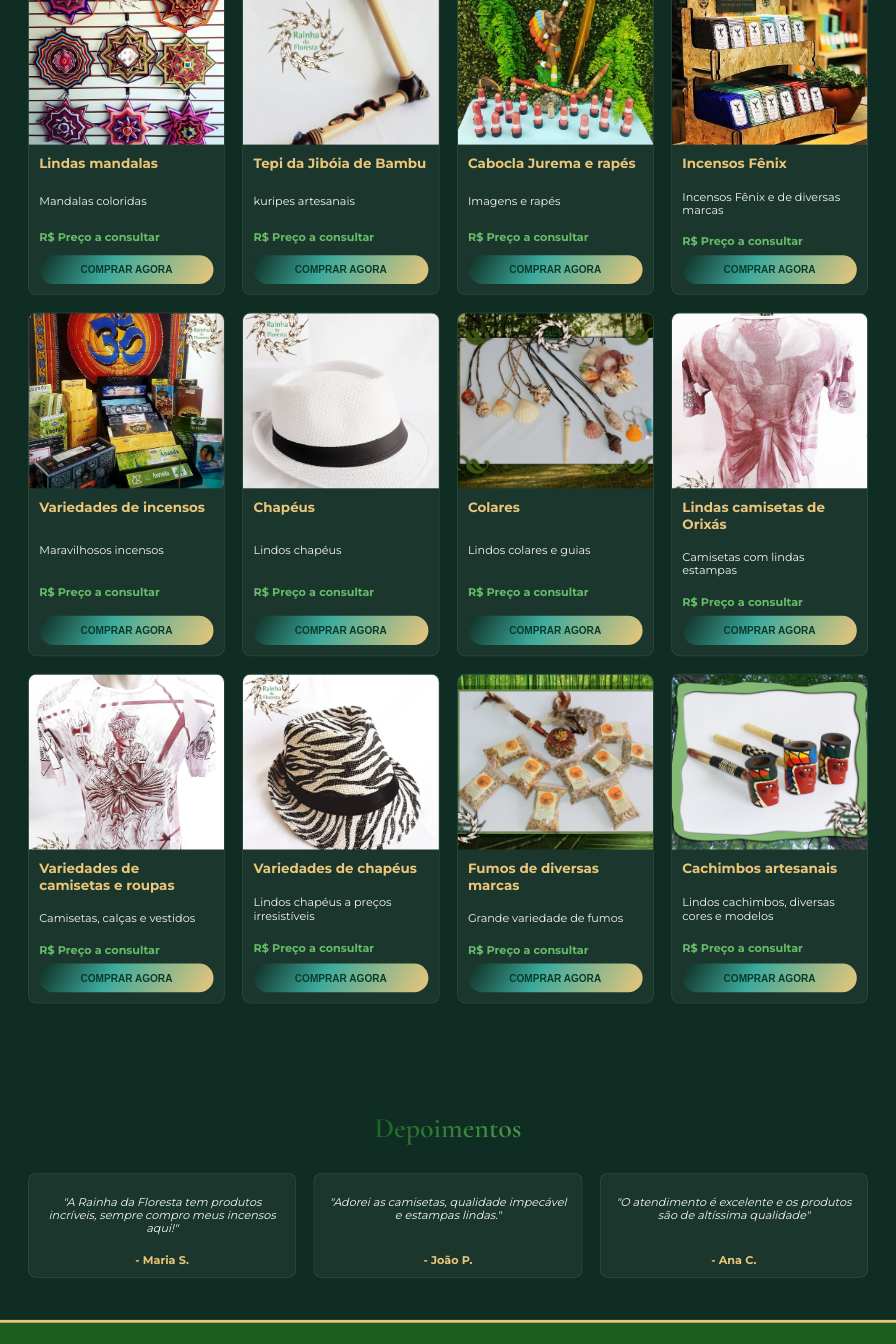
Repository: Sandro1969-tech/rainha-floresta-aho
Page: index3.html
An editor plug-in stored every save of this project. The page is shown before and after a run of saves, followed by the edit.
The browser window is 1280 px wide. The pictures show the part of the page from y = 2541 to 4461 px (the page is 4843 px tall before and 4848 px after), at 70% of full size.
A picture or video elsewhere on the page could not be fetched, so the positions and the page height are approximate. Backgrounds fixed to the window are drawn as part of the page.

Above is the page before, as saved 2025-12-01 00:35:54.

After the next 2 saves:
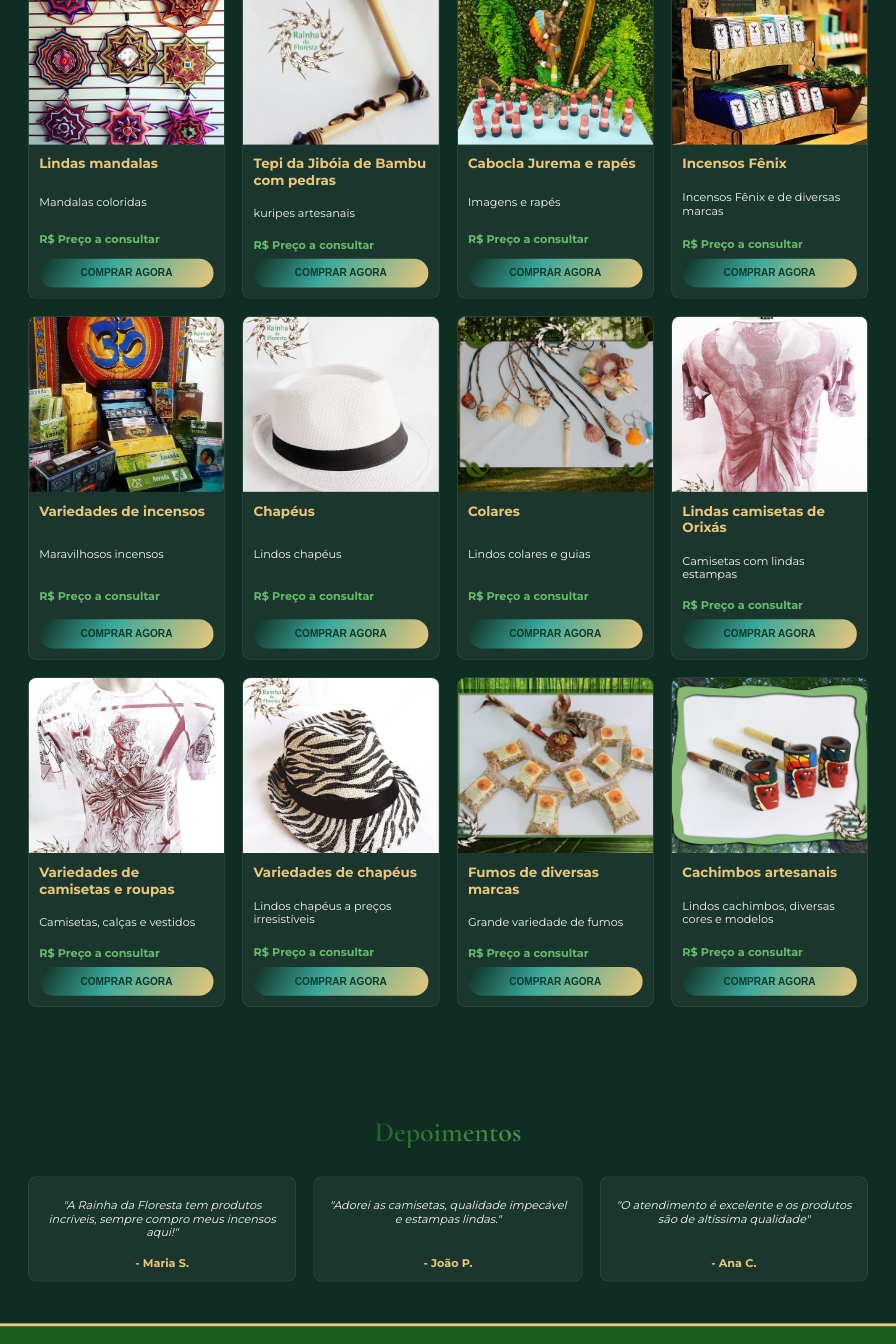
The 2 saves are shown as one change because they came seconds apart.
The last was saved 8 s later.
--- a/index3.html
+++ b/index3.html
@@ -294,7 +294,7 @@
       <div class="card">
         <img src="assets/image/kuripe.jpg" alt="kuripe">
         <div class="card-body">
-          <h3>Tepi da Jibóia de Bambu</h3>
+          <h3>Tepi da Jibóia de Bambu com pedras</h3>
           <p>kuripes artesanais</p>
           <span class="price">R$ Preço a consultar</span>
           <button class="btn">Comprar Agora</button>
